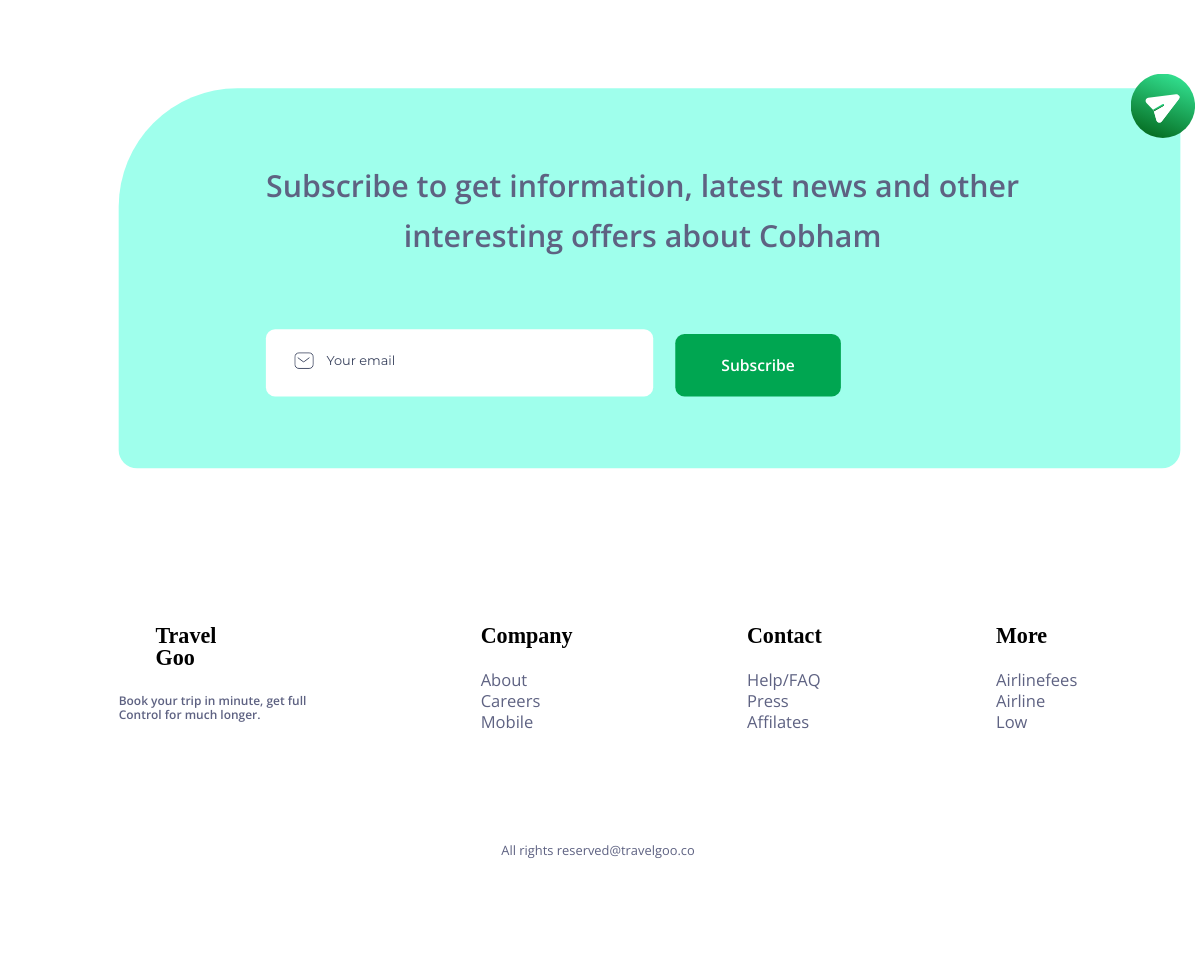
Repository: HeybetzadeQedim/task-5
Page: index.html
The author's editor kept a copy of each file at every save. The page is drawn from the files as they stood at one save, then again after the next save.
The browser window is 1280 px wide. The page is 1299 px wide, so the pictures cover 1299 px, including what lies to the right of the window. The pictures show the whole page, at 92% of full size.
Some web fonts or font styles are not loaded; a fallback is used.

Above is the page before, as saved 2023-10-16 16:01:28.

After the next save:
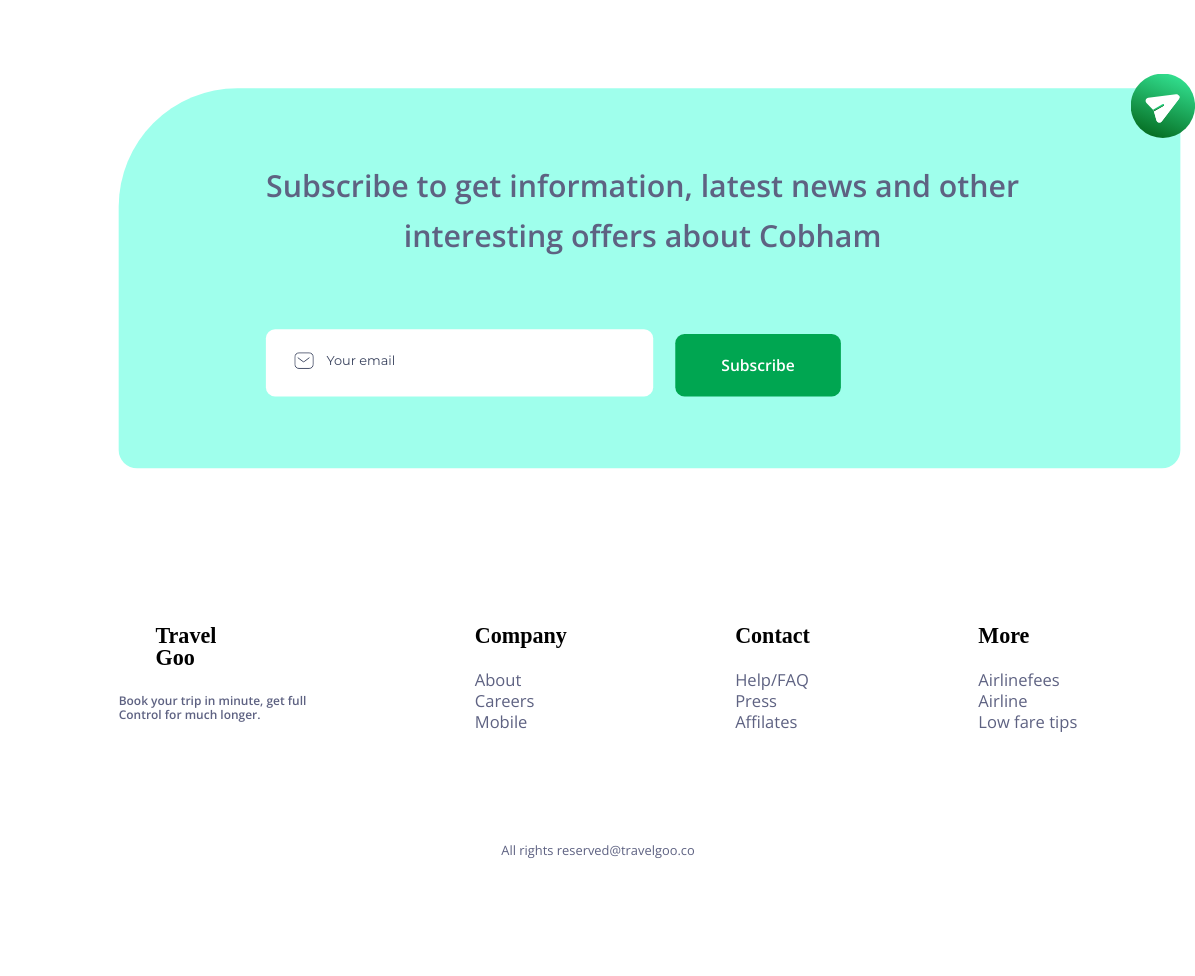
Saved 4 s later.
--- a/index.html
+++ b/index.html
@@ -61,7 +61,7 @@
                 <h2>More</h2>
               <li>Airlinefees</li>
               <li>Airline</li>
-              <li>Low </li>
+              <li>Low fare tips</li>
             </ul>
           <!-- <div class="li-container-2">
             <ul>
